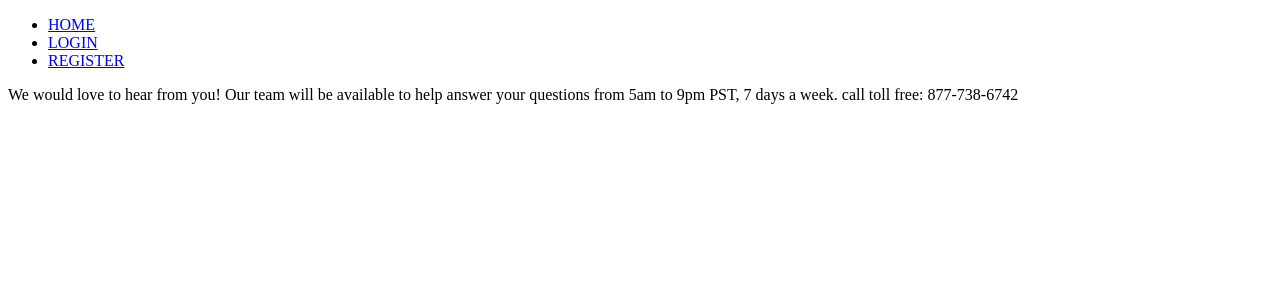
Repository: GaithCattan/COSW30
Page: labwork/testing/contact_page.html
The author's editor kept a record of every edit. The page is drawn from the files as they stood at one moment, then again after the next edit.
The browser window is 1280 px wide. The pictures show the whole page.

Above is the page before.

### labwork/testing/contact_page.html
<!doctype html>
<html lang="en">
<head>
    <meta charset="utf-8">
    <title>Treat Street</title>
</head>
<body>
<!-- END HEADER -->


        <div id="header">
            <ul id="nav">
                <li><a class="active" href="index.php">HOME</a></li>
                <li><a href="login.php">LOGIN</a></li>
                <li><a href="register.php">REGISTER</a></li>
            </ul>
        </div>



        <div id="container1">
            <p>We would love to hear from you!
            Our team will be available to help answer your questions from 5am to 9pm PST, 7 days a week.
            call toll free: 877-738-6742</p>

        </div>











<!-- START FOOTER -->
</body>
</html>

After the next edit:
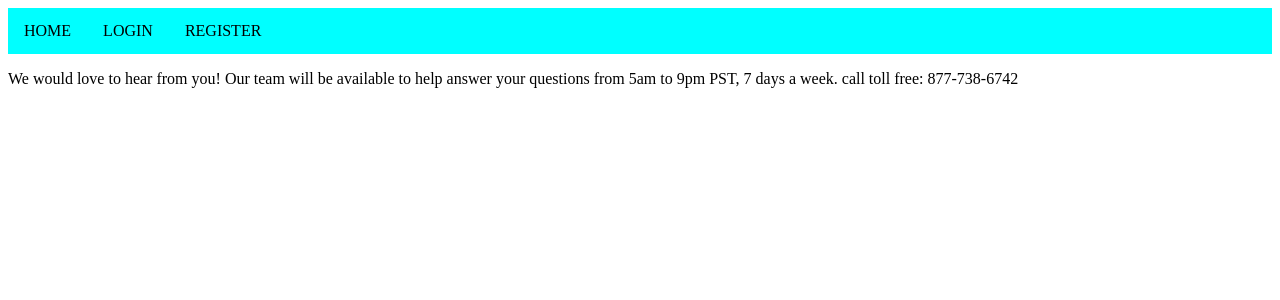
The edit:
--- a/labwork/testing/contact_page.html
+++ b/labwork/testing/contact_page.html
@@ -3,6 +3,34 @@
 <head>
     <meta charset="utf-8">
     <title>Treat Street</title>
+
+    <style>
+
+    ul {
+      list-style-type: none;
+      margin: 0;
+      padding: 0;
+      overflow: hidden;
+      background-color: #00ffff;
+    }
+
+li {
+  float: left;
+}
+
+li a {
+  display: block;
+  color: black;
+  text-align: center;
+  padding: 14px 16px;
+  text-decoration: none;
+}
+
+li a:hover {
+  background-color: blue;
+}
+            </style>
+
 </head>
 <body>
 <!-- END HEADER -->
